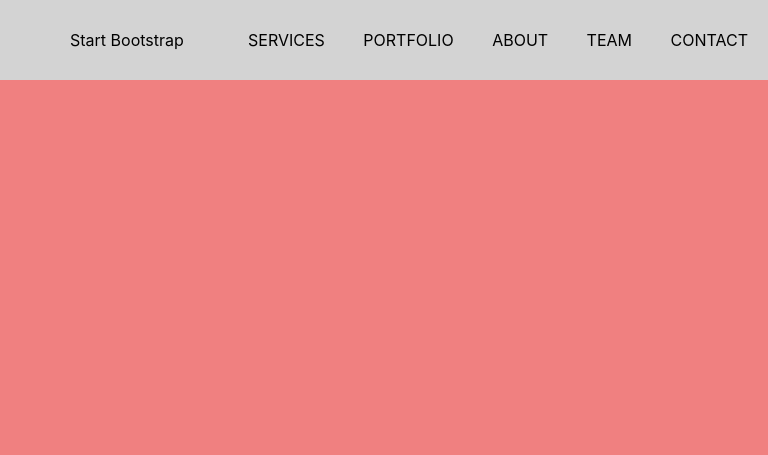
Repository: ooter37/media-queries-afternoon
Page: / (app in portfolio-clone/)
An editor plug-in stored every save of this project. The page is shown before and after the next save, followed by the edit.
The browser window is 768 px wide. The pictures show the whole page.
The project was rebuilt for these pictures with package versions that can differ from the ones it lists, and the page was loaded fresh each time.

Above is the page before, as saved 2020-04-13 13:35:42.

### portfolio-clone/src/App.js
import React from 'react';
import './App.css';
import Banner from './Components/Banner'

function App() {
  return (
    <div className="App">
      <Banner />
    </div>
  );
}

export default App;

### portfolio-clone/src/App.css
body {
  width: 100vw;
  background-color: lightcoral;
}

.header {
  width: 100%;
  height: 80px;
  background-color: lightgrey;
  display: flex;
}

.navbar {
  height: 100%;
  width: 100%;
  display: flex;
  align-items: center;
}

.buttons {
  width: 500px;
	display: flex;
	flex-direction: row;
	justify-content: space-between;
  align-items: center;
  position: fixed;
  top: 30px;
  right: 20px;

}

.start-bootstrap {
  position: fixed;
  left: 70px;
}

### portfolio-clone/src/Components/Banner.js
import React from 'react'



export default class Banner extends React.Component {
    constructor() {
        super()

    }
    render() {
        return (
            <header className='header'>
                <nav className='navbar'>
                    <div className='start-bootstrap'>Start Bootstrap</div>
                    <div className='buttons'>

                            <div>SERVICES</div>

                            <div>PORTFOLIO</div>

                            <div>ABOUT</div>

                            <div>TEAM</div>

                            <div>CONTACT</div>

                    </div>
                </nav>
            </header>
        )
    }
}

Loaded but not shown: portfolio-clone/public/index.html (common file); portfolio-clone/src/index.js (common file); portfolio-clone/src/index.css (common file); portfolio-clone/src/serviceWorker.js (common file)

After the next save:
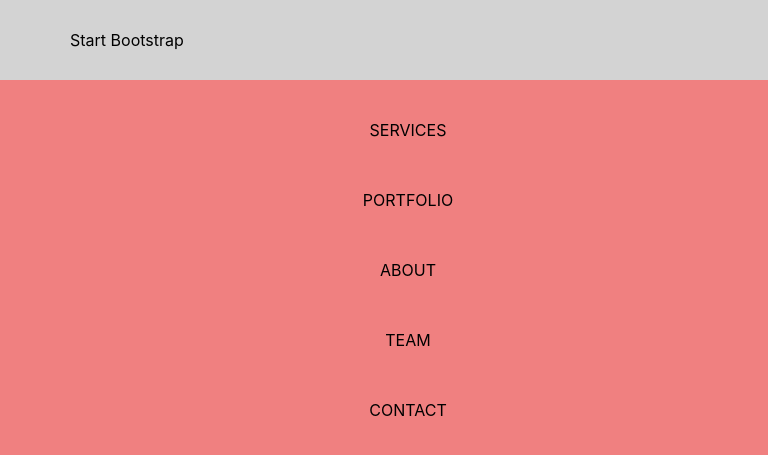
Saved 7 min 5 s later.
--- a/portfolio-clone/src/App.css
+++ b/portfolio-clone/src/App.css
@@ -33,3 +33,12 @@ body {
   position: fixed;
   left: 70px;
 }
+
+@media screen and (max-width: 991px) {
+  .buttons {
+    flex-direction: column;
+    min-width: 300px;
+    height: 300px;
+    padding: 90px;
+  }
+}
